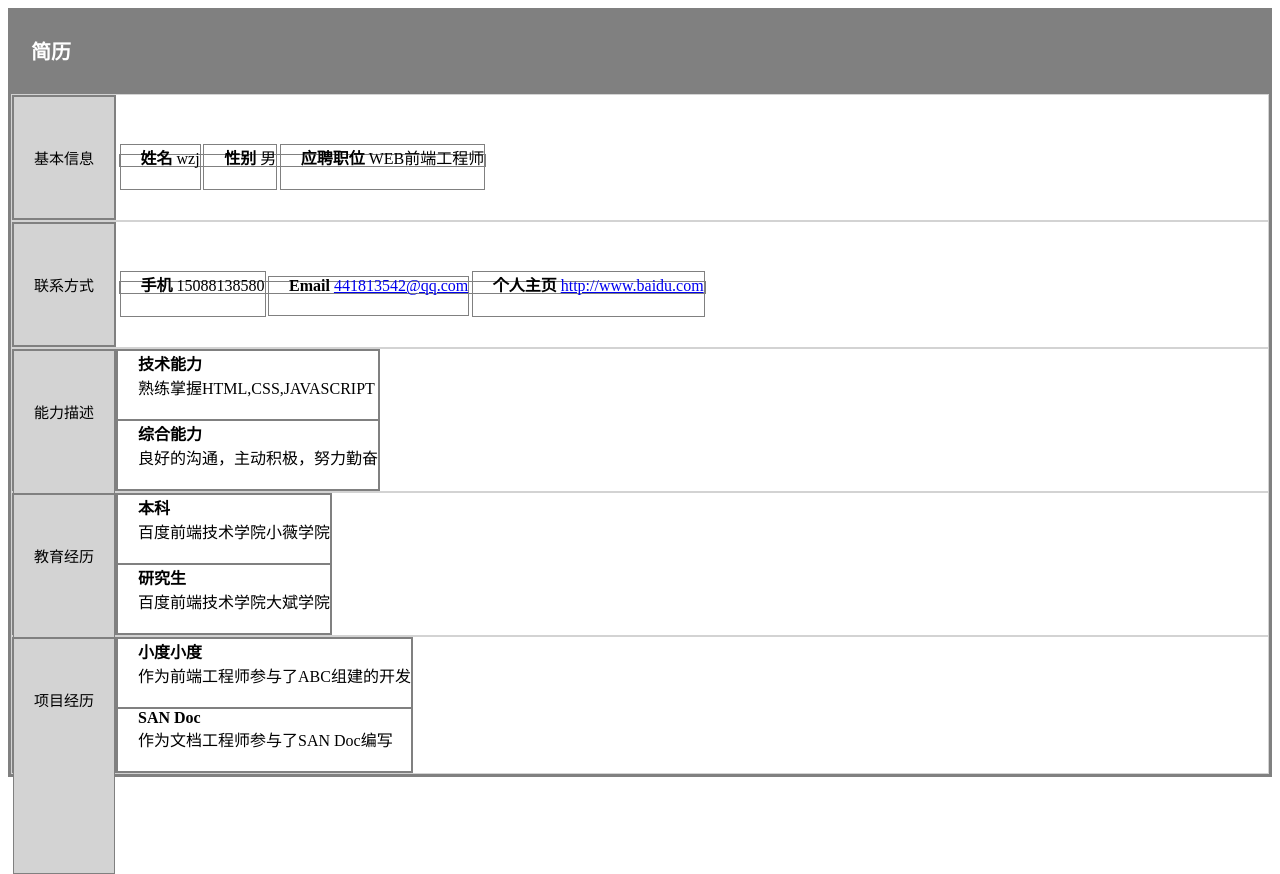
Repository: w441813542/webrecord
Page: day6_day7/jianli.html
The author's editor kept a copy of each file at every save. The page is drawn from the files as they stood at one save, then again after the next save.
The browser window is 1280 px wide. The pictures show the whole page.

Above is the page before, as saved 2021-03-09 14:50:51.

### day6_day7/jianli.html
<!DOCTYPE html>
<html>

<head>
  <!-- <link rel="stylesheet" type="text/css" href="style_1.css" /> -->
  <!-- <link rel="stylesheet" type="text/css" href="style_2.css" /> -->
  <link rel="stylesheet" type="text/css" href="style_3.css" />
</head>

<body>
  <div class="box">
    <div class="left">
      <div class="caption">简历</div>
    </div>
    <div class="right">
      <div>
        <!-- <tr>
          <th rowspan="15" class="caption" align="center" valign="top">简历</th>
        </tr> -->
        <div class="part">
          <div class="part_left">
            <div class="th">基本信息</div>
          </div>
          <div class="part_right">
            <div class="td"><span>姓名</span> wzj</div>
            <div class="td"><span>性别</span> 男</div>
            <div class="td"><span>应聘职位</span> WEB前端工程师</div>
          </div>
        </div>
        <div class="part">
          <div class="part_left">
            <div class="th">联系方式</div>
          </div>
          <div class="part_right">
            <div class="td"><span>手机</span> 15088138580</div>
            <div class="td" ><span>Email</span> <a href="mailto:441813542@qq.com">441813542@qq.com</a></div>
            <div class="td"><span>个人主页</span> <a href="http://www.baidu.com">http://www.baidu.com</a></div>
          </div>
        </div>
        <div class="part flex">
          <div class="part_left">
            <div class="th">能力描述</div>
          </div>
          <div class="part_right">
            <div class="td msgtd block"><span class="block">技术能力</span> 熟练掌握HTML,CSS,JAVASCRIPT</div>
            <div class="td msgtd block"><span class="block">综合能力</span> 良好的沟通，主动积极，努力勤奋</div>
          </div>
        </div>
        <div class="part flex">
          <div class="part_left">
            <div class="th">教育经历</div>
          </div>
          <div class="part_right">
            <div class="td msgtd block"><span class="block">本科</span> 百度前端技术学院小薇学院</div>
            <div class="td msgtd block"><span class="block">研究生</span> 百度前端技术学院大斌学院</div>
          </div>
        </div>
        <div class="part flex">
          <div class="part_left">
            <div class="th">项目经历</div>
          </div>
          <div class="part_right">
            <div class="td msgtd block"><span class="block">小度小度</span> 作为前端工程师参与了ABC组建的开发</div>
            <div class="td msgtd block"><span class="block">SAN Doc</span> 作为文档工程师参与了SAN Doc编写</div>
          </div>
        </div>
      </div>

    </div>
  </div>
</body>

</html>

### day6_day7/style_3.css
html {
    font-size: 10px;
  }

div{
  border: 1px solid gray;
}

  .td {
    font-size: 1.6em;
    padding-left: 20px;
    padding-bottom: 20px;
    display: inline-block;
  }

  .th {
    font-size: 1.5em;
    text-align: center;
    display: block;
    padding-top: 50px;
    padding-bottom: 50px;
    padding-left: 20px;
    padding-right: 20px;
    height: 100%;
    background: lightgray;
  }

  .caption {
    font-size: 2em;
    font-weight: bold;
    color: white;
    text-align: left;
    background: gray;
    padding-top: 25px;
    padding-left: 20px;
    padding-bottom: 25px;
  }

 .part{
   display: block;
   border: 1px solid lightgray;
 }

  .part_left{
    display: inline-block;
  }

  .part_right{
    display: inline;
  }

  span {
    font-weight: bold;
  }

  .box{
      display: block;
  }

  .flex{
    display: flex;
  }

  .block{
    display: block;
  }

After the next save:
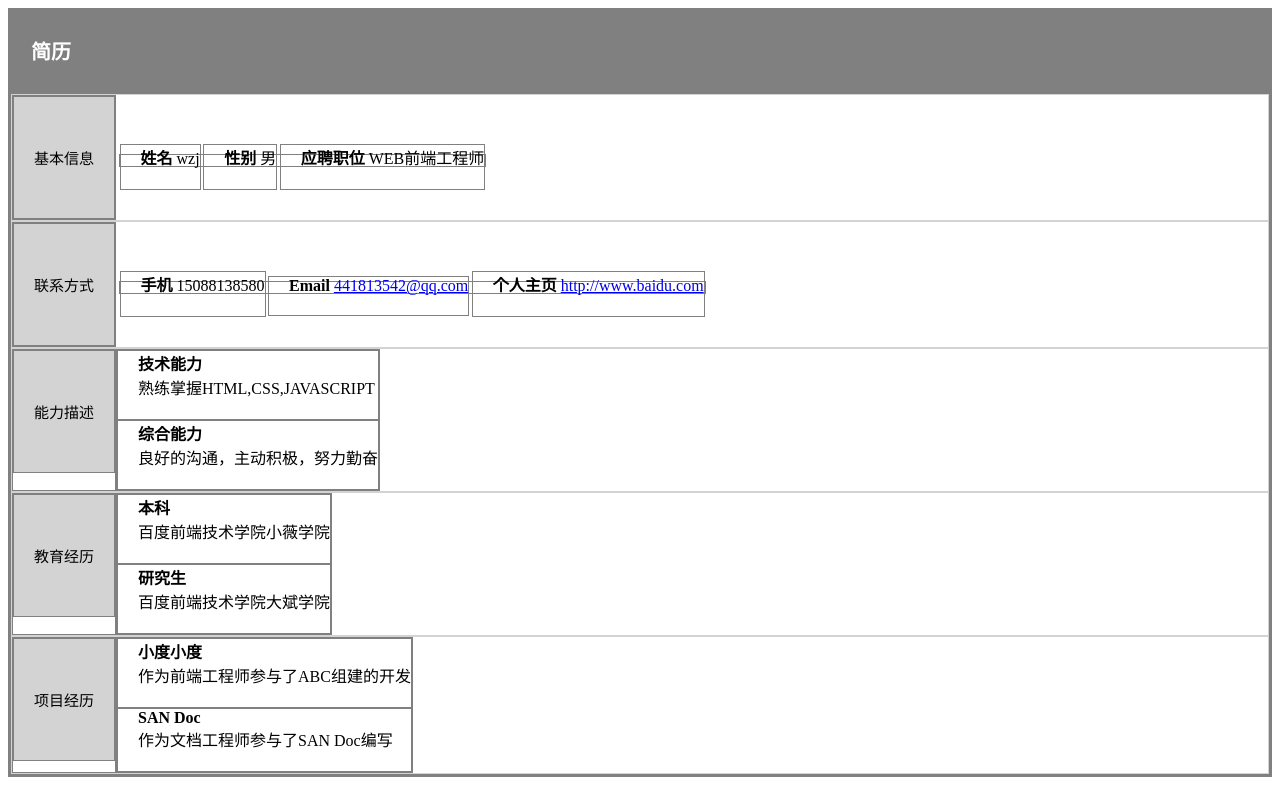
Saved 49 s later.
--- a/day6_day7/style_3.css
+++ b/day6_day7/style_3.css
@@ -21,7 +21,6 @@ div{
     padding-bottom: 50px;
     padding-left: 20px;
     padding-right: 20px;
-    height: 100%;
     background: lightgray;
   }
 
